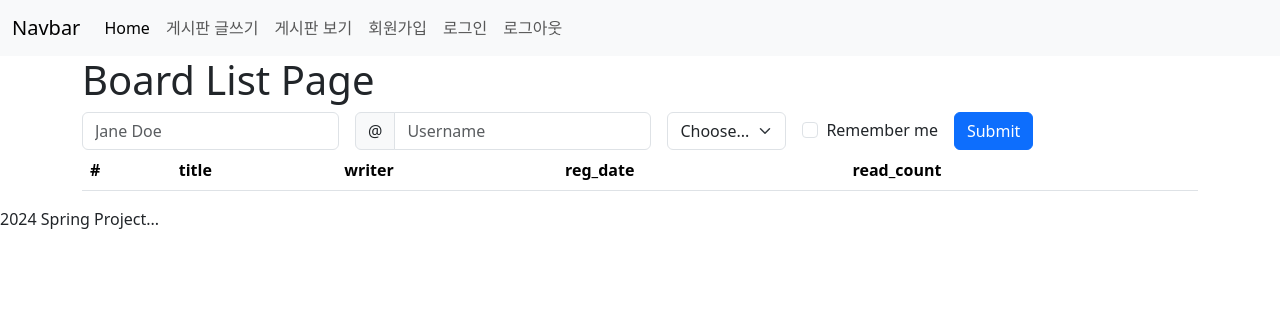
Repository: leegangjin/springTest240430
Page: http://localhost/spring_study/WEB-INF/views/board/list.jsp
The author's editor kept a copy of each file at every save. The page is drawn from the files as they stood at one save, then again after the next save.
The browser window is 1280 px wide. The pictures show the whole page.
The page is served by Tomcat 9. Nobody is signed in. The template is opened directly, without the code that normally fills it, so the values that code supplies are empty.

Above is the page before, as saved 2024-04-24 08:10:01.

### spring_study/src/main/webapp/WEB-INF/views/board/list.jsp
<%@ page language="java" contentType="text/html; charset=UTF-8"
	pageEncoding="UTF-8"%>
<%@ taglib uri="http://java.sun.com/jsp/jstl/core" prefix="c" %>
<jsp:include page="../layout/header.jsp" />
<div class="container-md">
	<h1>Board List Page</h1>
	<!-- 검색라인 -->
	<form class="row gy-2 gx-3 align-items-center">
  <div class="col-auto">
    <label class="visually-hidden" for="autoSizingInput">Name</label>
    <input type="text" class="form-control" id="autoSizingInput" placeholder="Jane Doe">
  </div>
  <div class="col-auto">
    <label class="visually-hidden" for="autoSizingInputGroup">Username</label>
    <div class="input-group">
      <div class="input-group-text">@</div>
      <input type="text" class="form-control" id="autoSizingInputGroup" placeholder="Username">
    </div>
  </div>
  <div class="col-auto">
    <label class="visually-hidden" for="autoSizingSelect">Preference</label>
    <select class="form-select" id="autoSizingSelect">
      <option selected>Choose...</option>
      <option value="1">One</option>
      <option value="2">Two</option>
      <option value="3">Three</option>
    </select>
  </div>
  <div class="col-auto">
    <div class="form-check">
      <input class="form-check-input" type="checkbox" id="autoSizingCheck">
      <label class="form-check-label" for="autoSizingCheck">
        Remember me
      </label>
    </div>
  </div>
  <div class="col-auto">
    <button type="submit" class="btn btn-primary">Submit</button>
  </div>
</form>
	<table class="table table-hover">
		<thead>
			<tr>
				<th>#</th>
				<th>title</th>
				<th>writer</th>
				<th>reg_date</th>
				<th>read_count</th>
			</tr>
		</thead>
		<tbody>

		<c:forEach items="${list }" var="li">
		<tr>
		<td>${li.bno }</td>
		<td> <a href="/board/detail?bno=${li.bno }">${li.title }</a></td>
		<td>${li.writer }</td>
		<td>${li.reg_date }</td>
		<td>${li.read_count }</td>
		</tr>
		</c:forEach>



		</tbody>
	</table>

	<!-- 페이지네이션라인 -->
</div>
<jsp:include page="../layout/footer.jsp" />

### spring_study/src/main/webapp/WEB-INF/views/layout/header.jsp
<%@ page language="java" contentType="text/html; charset=UTF-8"
    pageEncoding="UTF-8"%>
<!DOCTYPE html>
<html>
<head>
<meta charset="UTF-8">
<title>header.jsp</title>
</head>
<link href="https://cdn.jsdelivr.net/npm/bootstrap@5.3.3/dist/css/bootstrap.min.css" rel="stylesheet" integrity="sha384-QWTKZyjpPEjISv5WaRU9OFeRpok6YctnYmDr5pNlyT2bRjXh0JMhjY6hW+ALEwIH" crossorigin="anonymous">
<script src="https://cdn.jsdelivr.net/npm/bootstrap@5.3.3/dist/js/bootstrap.bundle.min.js" integrity="sha384-YvpcrYf0tY3lHB60NNkmXc5s9fDVZLESaAA55NDzOxhy9GkcIdslK1eN7N6jIeHz" crossorigin="anonymous"></script>
<body>
<nav class="navbar navbar-expand-lg bg-body-tertiary">
  <div class="container-fluid">
    <a class="navbar-brand" href="#">Navbar</a>
    <button class="navbar-toggler" type="button" data-bs-toggle="collapse" data-bs-target="#navbarSupportedContent" aria-controls="navbarSupportedContent" aria-expanded="false" aria-label="Toggle navigation">
      <span class="navbar-toggler-icon"></span>
    </button>
    <div class="collapse navbar-collapse" id="navbarSupportedContent">
      <ul class="navbar-nav me-auto mb-2 mb-lg-0">
        <li class="nav-item">
          <a class="nav-link active" aria-current="page" href="#">Home</a>
        </li>
        <li class="nav-item">
          <a class="nav-link" href="/board/register">게시판 글쓰기</a>
        </li>
        <li class="nav-item">
          <a class="nav-link" href="/board/list">게시판 보기</a>
        </li>
        <li class="nav-item">
          <a class="nav-link" href="#">회원가입</a>
        </li>
        <li class="nav-item">
          <a class="nav-link" href="#">로그인</a>
        </li>
        <li class="nav-item">
          <a class="nav-link" href="#">로그아웃</a>
        </li>
        </ul>
    </div>
  </div>
</nav>

### spring_study/src/main/webapp/WEB-INF/views/layout/footer.jsp
<%@ page language="java" contentType="text/html; charset=UTF-8"
	pageEncoding="UTF-8"%>
<!DOCTYPE html>
<html>
<head>
<meta charset="UTF-8">



<div class="mb-3" >2024 Spring Project...</div>
</body>
</html>

After the next save:
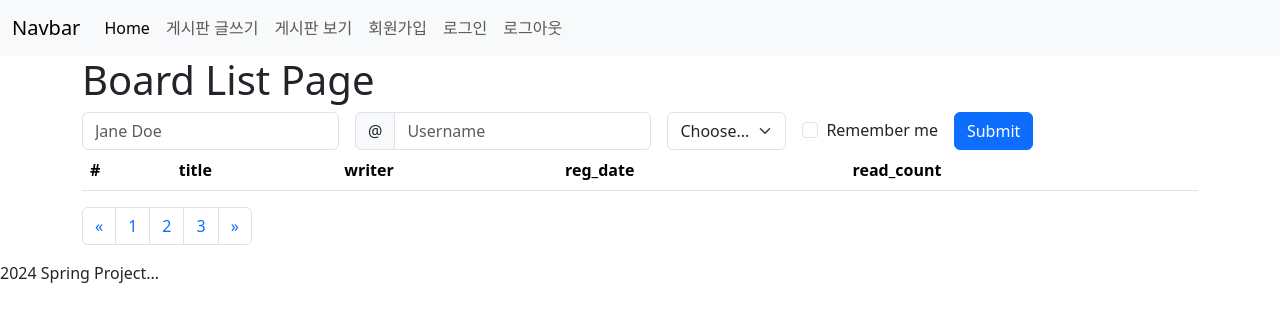
Saved 35 s later.
--- a/spring_study/src/main/webapp/WEB-INF/views/board/list.jsp
+++ b/spring_study/src/main/webapp/WEB-INF/views/board/list.jsp
@@ -66,5 +66,22 @@
 	</table>
 
 	<!-- 페이지네이션라인 -->
+	<nav aria-label="Page navigation example">
+  <ul class="pagination">
+    <li class="page-item">
+      <a class="page-link" href="#" aria-label="Previous">
+        <span aria-hidden="true">&laquo;</span>
+      </a>
+    </li>
+    <li class="page-item"><a class="page-link" href="#">1</a></li>
+    <li class="page-item"><a class="page-link" href="#">2</a></li>
+    <li class="page-item"><a class="page-link" href="#">3</a></li>
+    <li class="page-item">
+      <a class="page-link" href="#" aria-label="Next">
+        <span aria-hidden="true">&raquo;</span>
+      </a>
+    </li>
+  </ul>
+</nav>
 </div>
 <jsp:include page="../layout/footer.jsp" />
